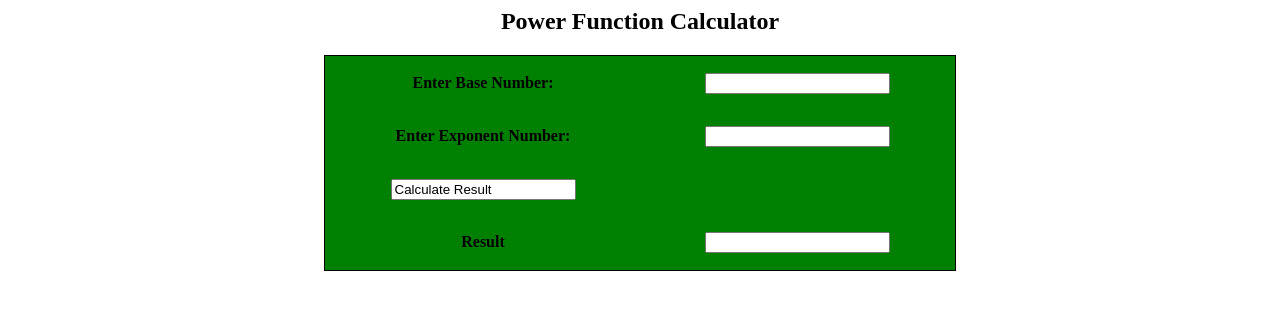
Repository: DeepaliKalagate/PowerCalculatorAPI
Page: PowerFunctionCalculator/src/main/resources/PowerFunction.html
An editor plug-in stored every save of this project. The page is shown before and after the next save, followed by the edit.
The browser window is 1280 px wide. The pictures show the whole page.

Above is the page before, as saved 2020-02-09 06:36:42.

After the next save:
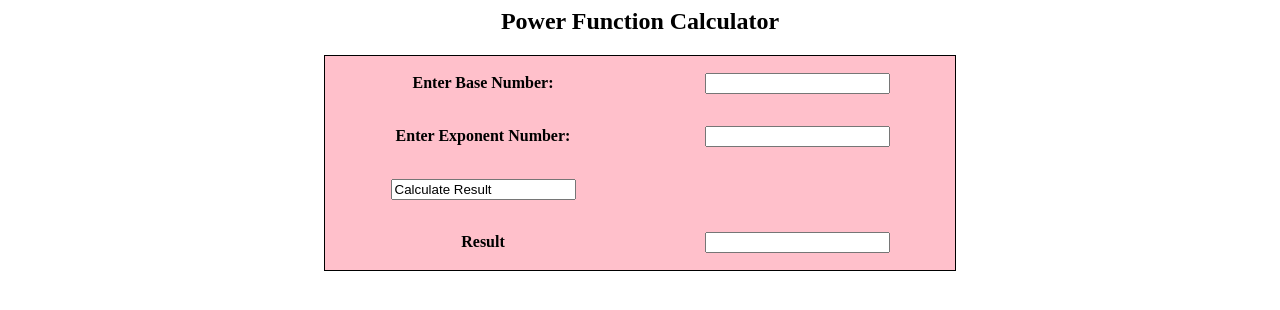
Saved 115 s later.
--- a/PowerFunctionCalculator/src/main/resources/PowerFunction.html
+++ b/PowerFunctionCalculator/src/main/resources/PowerFunction.html
@@ -16,7 +16,7 @@ th, td {
   text-align: center;
 }
 table{
- background-color: green;
+ background-color: pink;
 }
 </style>
 <body>
